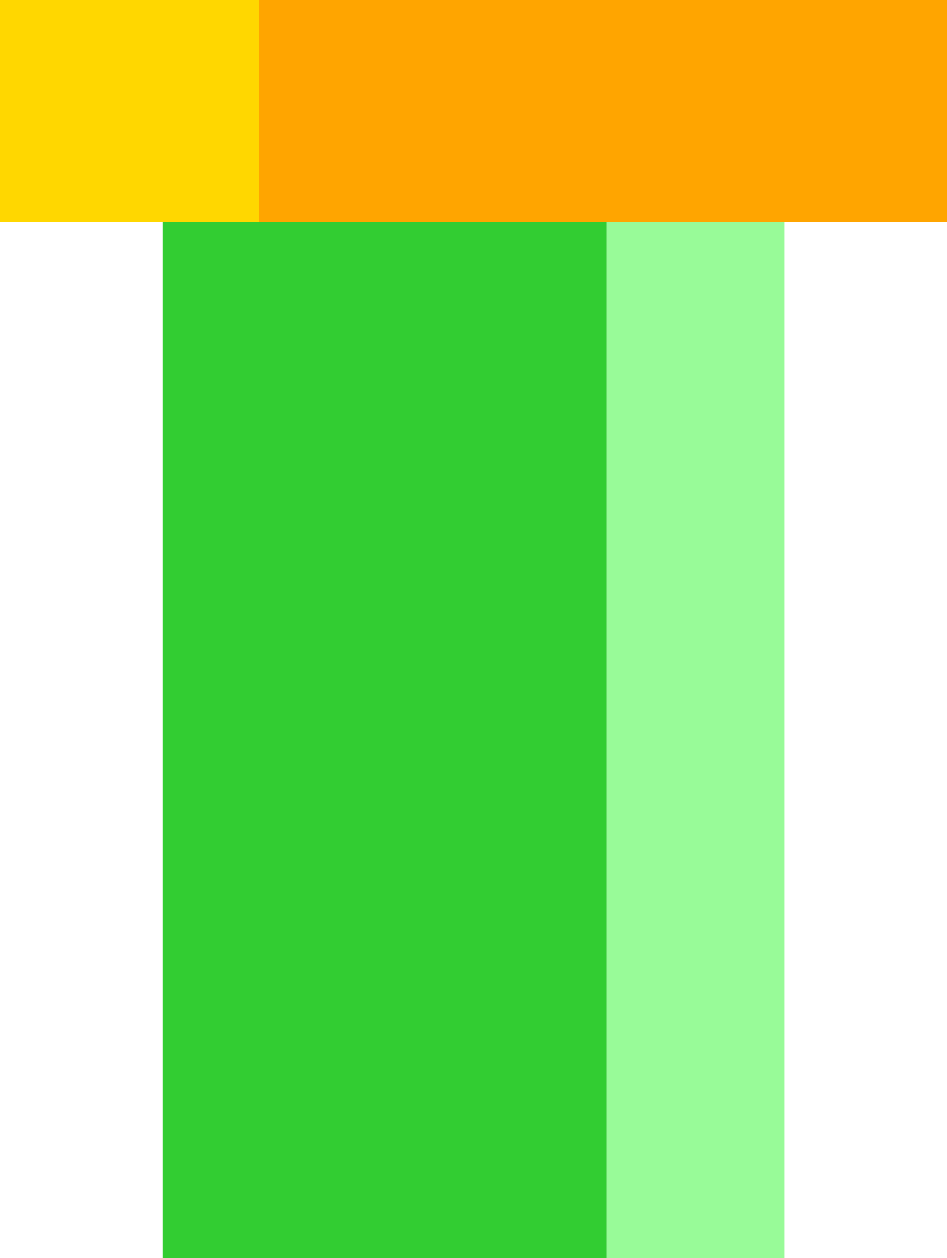
Repository: sutanuki/webcamp
Page: html,css/caravan/index.html
The author's editor kept a record of every edit. The page is drawn from the files as they stood at one moment, then again after the next edit.
The browser window is 1280 px wide. The pictures show the whole page, at 74% of full size.

Above is the page before.

After the next edit:
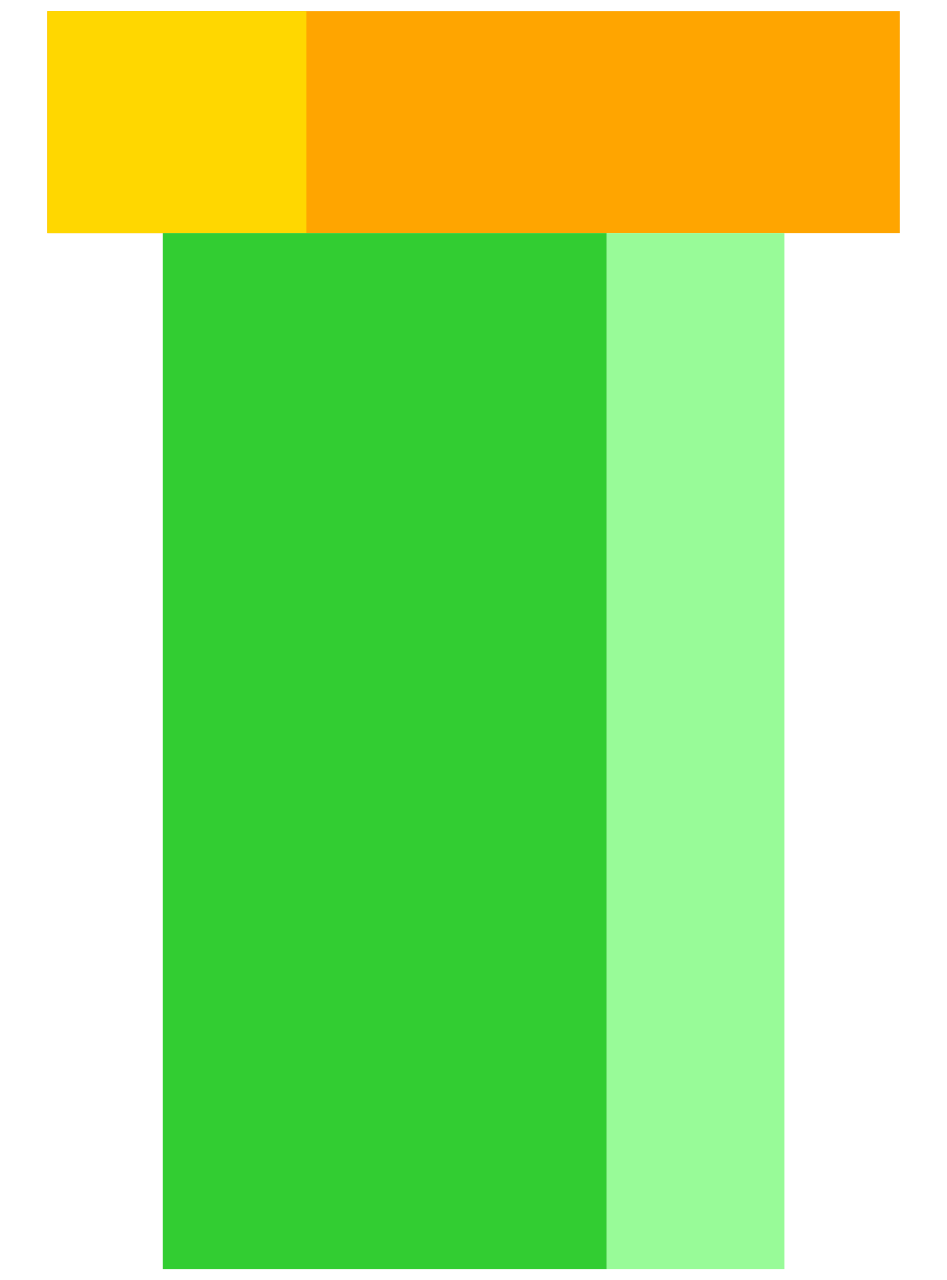
The edit:
--- a/html,css/caravan/index.html
+++ b/html,css/caravan/index.html
@@ -5,18 +5,18 @@
     <link rel="stylesheet" href="style.css" />
     <title>CARAVAN</title>
   </head>
-    <body>
-      <div class="header">
-        <div class="header-top"></div>
-        <div class="header-bottom"></div>
-      </div>
-      <div class="main-visual">
-        <div class="main-visual-content"></div>
-      </div>
-      <div class="main">
-        <div class="blog"></div>
-        <div class="sidebar"></div>
-      </div>
-      <div class="footer"></div>
-    </body>
-  </html>
+  <body>
+    <header>
+      <div class="header-top"></div>
+      <div class="header-bottom"></div>
+    </div>
+    <div class="main-visual">
+      <div class="main-visual-content"></div>
+    </div>
+    <div class="main">
+      <div class="blog"></div>
+      <div class="sidebar"></div>
+    </div>
+    <div class="footer"></div>
+  </body>
+</html>
